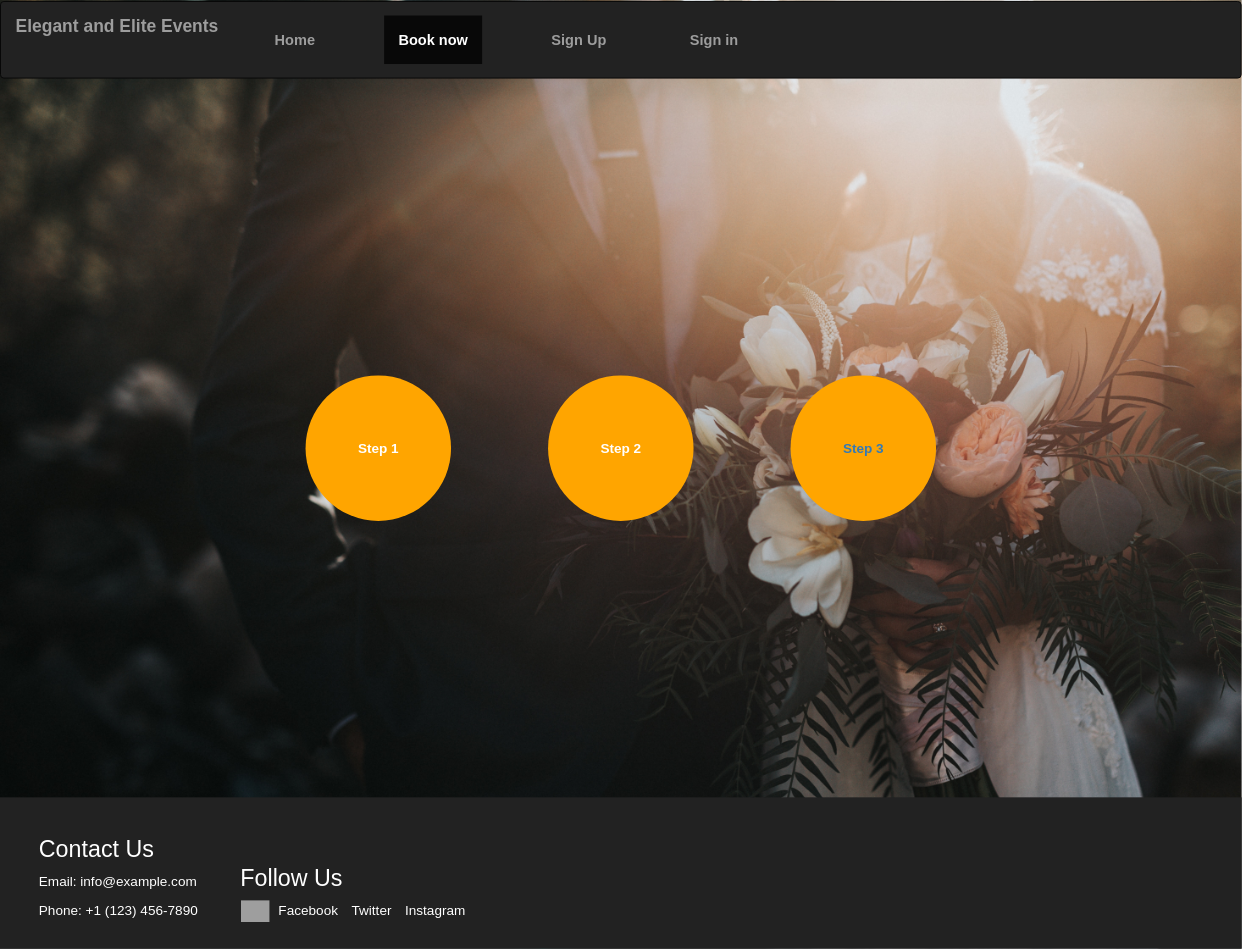
Repository: it22272690/Event-Planning-System
Page: http://localhost/PaymentDemo/Navigate.jsp
These files come from the project's save history. The page is drawn as it stood at one moment and after the next save; the edit follows.
The browser window is 1280 px wide. The pictures show the whole page, at 97% of full size.
Pictures or frames that could not be fetched are drawn as grey boxes. The page is served by Tomcat 10.

Above is the page before, as saved 2023-10-23 16:48:14.

After the next save:
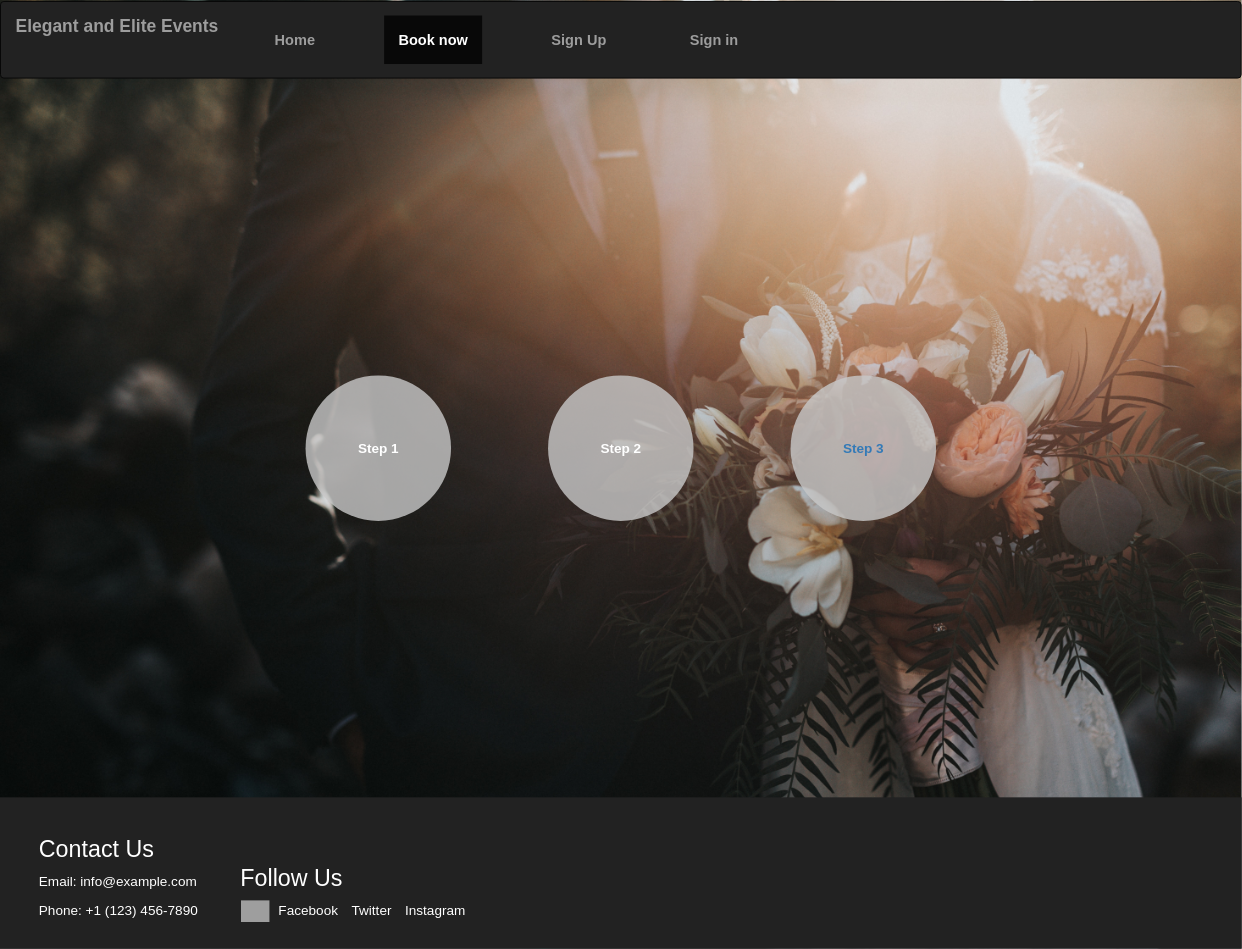
Saved 72 s later.
--- a/PaymentDemo/src/main/webapp/Navigate.jsp
+++ b/PaymentDemo/src/main/webapp/Navigate.jsp
@@ -60,7 +60,7 @@
         .step {
             width: 150px;
             height: 150px;
-            background-color: orange;
+            background-color: rgba(200, 200, 200, 0.8);
             border-radius: 50%;
             margin: 0 50px;
             display: flex;
